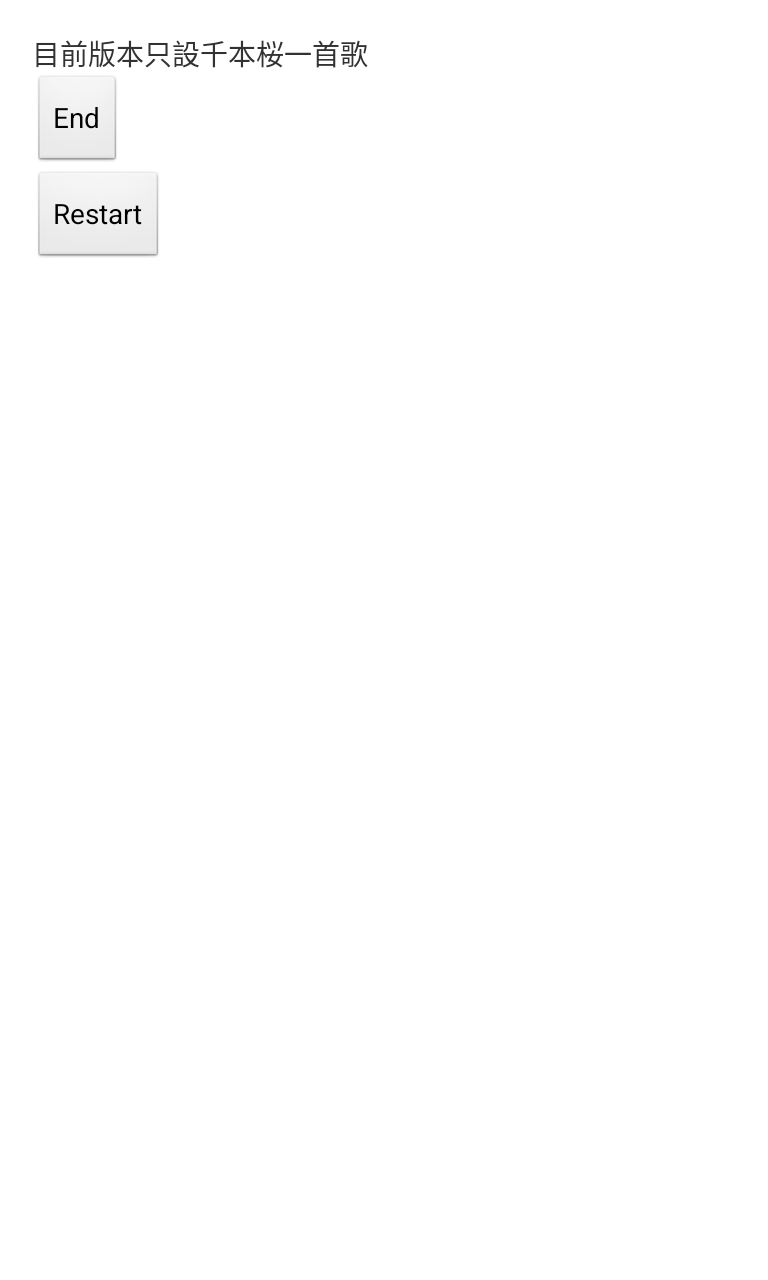
Repository: dogwong/marumaru
Layout: maimai_test/marumaru/res/layout/activity_main.xml
These files come from the project's save history. The layout is drawn as it stood at one moment and after the next save; the edit follows.
It is drawn on a 768 x 1280 px phone screen (xhdpi) without system bars, with theme AppTheme; the app's code is not run.

Above is the layout before, as saved 2013-06-08 16:33:11.

### maimai_test/marumaru/res/layout/activity_main.xml
<LinearLayout xmlns:android="http://schemas.android.com/apk/res/android"
    xmlns:tools="http://schemas.android.com/tools"
    android:id="@+id/LinearLayout1"
    android:layout_width="match_parent"
    android:layout_height="match_parent"
    android:orientation="vertical"
    android:paddingBottom="@dimen/activity_vertical_margin"
    android:paddingLeft="@dimen/activity_horizontal_margin"
    android:paddingRight="@dimen/activity_horizontal_margin"
    android:paddingTop="@dimen/activity_vertical_margin"
    tools:context=".MainActivity" >

    <TextView
        android:id="@+id/textView1"
        android:layout_width="wrap_content"
        android:layout_height="wrap_content"
        android:text="目前版本只設千本桜一首歌" />

    <Button
        android:id="@+id/btnEnd"
        android:layout_width="wrap_content"
        android:layout_height="wrap_content"
        android:text="End" />

    <Button
        android:id="@+id/btnRestart"
        android:layout_width="wrap_content"
        android:layout_height="wrap_content"
        android:text="Restart" />

</LinearLayout>

Loaded but not shown: maimai_test/marumaru/res/values/styles.xml (common file); maimai_test/marumaru/res/values/dimens.xml (common file)

After the next save:
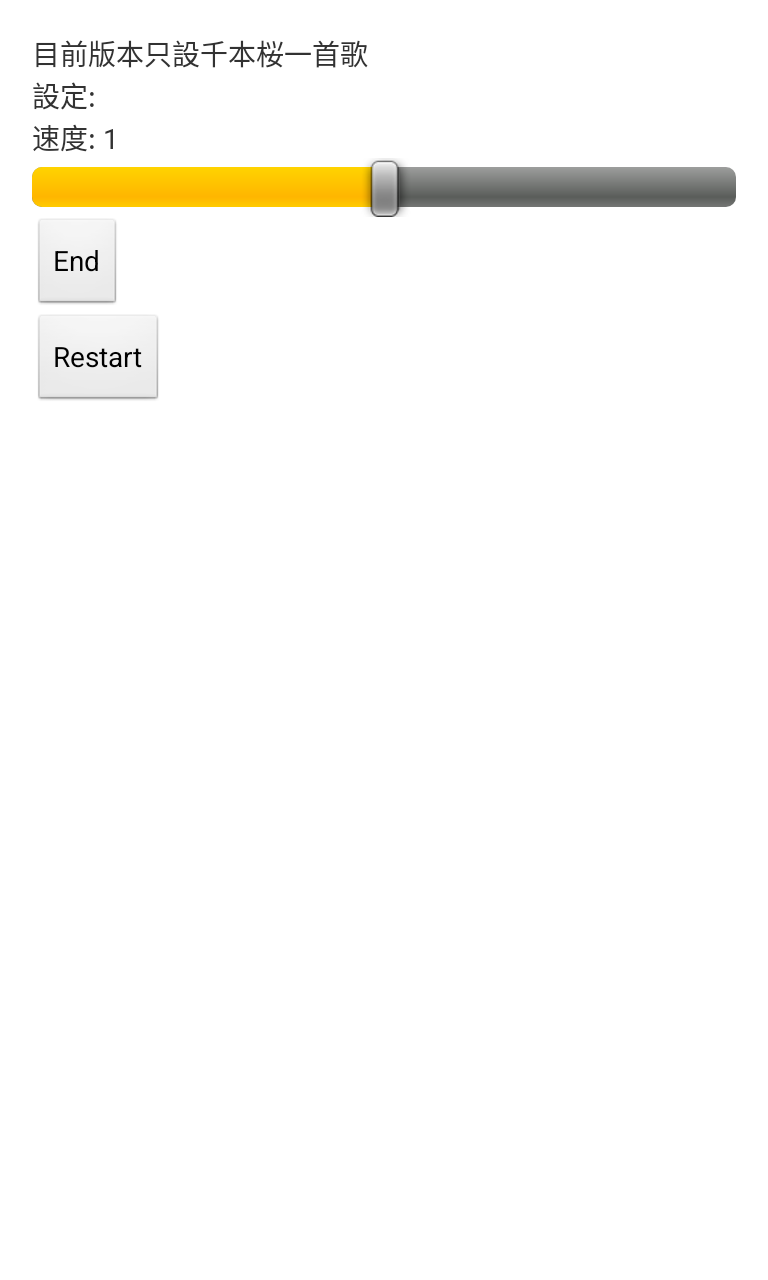
Saved 18 min 29 s later.
--- a/maimai_test/marumaru/res/layout/activity_main.xml
+++ b/maimai_test/marumaru/res/layout/activity_main.xml
@@ -16,6 +16,45 @@
         android:layout_height="wrap_content"
         android:text="目前版本只設千本桜一首歌" />
 
+    <TextView
+        android:id="@+id/textView2"
+        android:layout_width="wrap_content"
+        android:layout_height="wrap_content"
+        android:text="設定:" />
+
+    <TableRow
+        android:id="@+id/tableRow1"
+        android:layout_width="match_parent"
+        android:layout_height="wrap_content" >
+
+        <TextView
+            android:id="@+id/textView3"
+            android:layout_width="wrap_content"
+            android:layout_height="wrap_content"
+            android:text="速度: " />
+
+        <TextView
+            android:id="@+id/textView4"
+            android:layout_width="wrap_content"
+            android:layout_height="wrap_content"
+            android:text="1" />
+
+    </TableRow>
+
+    <TableRow
+        android:id="@+id/tableRow2"
+        android:layout_width="match_parent"
+        android:layout_height="wrap_content" >
+
+        <SeekBar
+            android:id="@+id/seekBar1"
+            android:layout_width="match_parent"
+            android:layout_height="wrap_content"
+            android:max="8"
+            android:progress="4" />
+
+    </TableRow>
+
     <Button
         android:id="@+id/btnEnd"
         android:layout_width="wrap_content"
